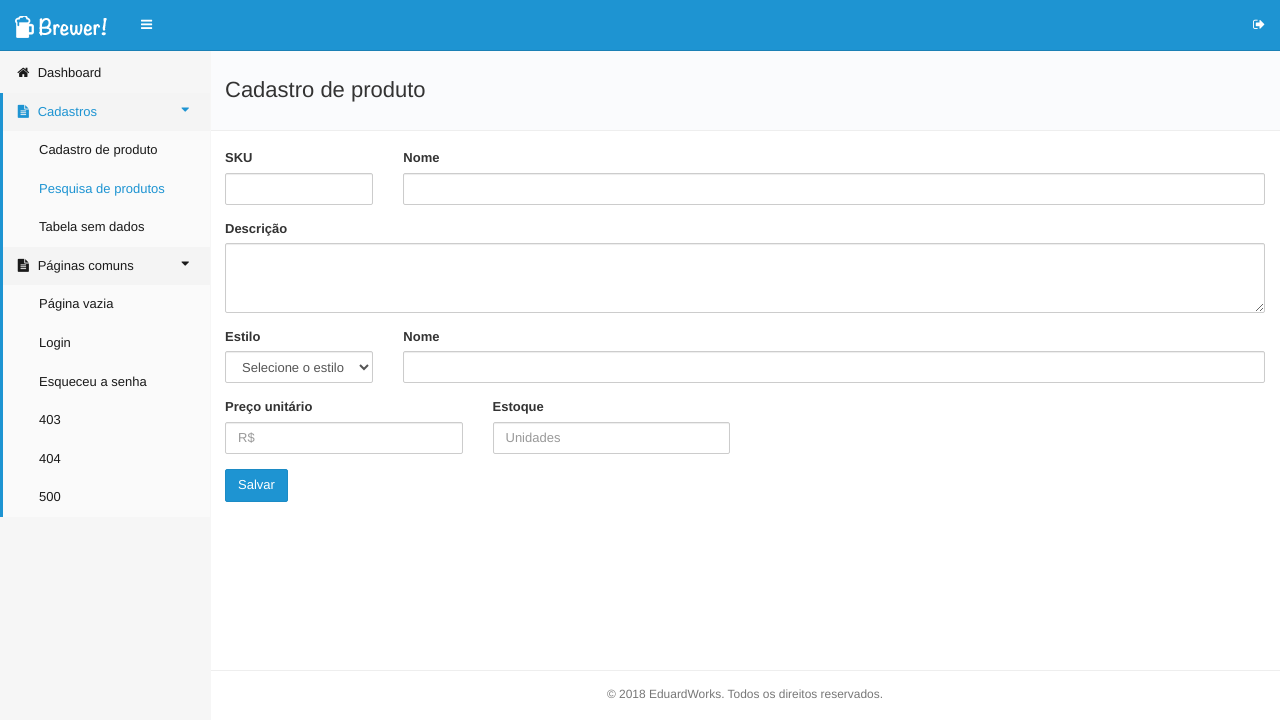
Repository: dumuller/spring-expert
Page: http://localhost/cerveja/CadastroCerveja
These files come from the project's save history. The page is drawn as it stood at one moment and after the next save; the edit follows.
The browser window is 1280 px wide. The pictures show the whole page.
The page is this project's Thymeleaf template; nobody is signed in. The template is opened directly, without the code that normally fills it, so the values that code supplies are empty.

Above is the page before, as saved 2018-12-10 16:35:39.

### brewer/src/main/resources/templates/cerveja/CadastroCerveja.html
<!DOCTYPE html>
<html lang="pt"xmlns="http://www.w3.org/1999/xhtml "
	           xmlns:th="http://www.thymeleaf.org">
<head>
	<meta charset="UTF-8"/>
	<meta http-equiv="X-UA-Compatible" content="IE=edge"/>
	<meta name="viewport" content="width=device-width, initial-scale=1"/>

	<title>Brewer</title>

	<link rel="stylesheet" type="text/css" href="/brewer/layout/stylesheets/vendors.min.css"/>
	<link rel="stylesheet" type="text/css" href="/brewer/layout/stylesheets/algaworks.min.css"/>
	<link rel="stylesheet" type="text/css" href="/brewer/layout/stylesheets/application.css"/>

	<!-- HTML5 shim and Respond.js for IE8 support of HTML5 elements and media queries -->
	<!-- WARNING: Respond.js doesn't work if you view the page via file:// -->
	<!--[if lt IE 9]>
		<script src="https://oss.maxcdn.com/html5shiv/3.7.2/html5shiv.min.js"></script>
		<script src="https://oss.maxcdn.com/respond/1.4.2/respond.min.js"></script>
	<![endif]-->
</head>
<body>

	<div class="aw-layout-page">


	<nav class="navbar  navbar-fixed-top  navbar-default  js-sticky-reference" id="main-navbar">
	  <div class="container-fluid">

	    <div class="navbar-header">
	      <a class="navbar-brand  hidden-xs" href="#">
	        <img alt="AlgaWorks" src="/brewer/images/logo.png"/>
	      </a>

	      <ul class="nav  navbar-nav">
	        <li>
	          <a href="#" class="js-sidebar-toggle"><i class="fa  fa-bars"></i></a>
	        </li>
	      </ul>
	    </div>

	    <ul class="nav navbar-nav  navbar-right">

	      <li>
	        <a href="#"><em class="fa  fa-sign-out"></em></a>
	      </li>
	    </ul>

	  </div>
	</nav>

	<aside class="aw-layout-sidebar  js-sidebar">
		<div class="aw-layout-sidebar__content">

	    	<nav class="aw-menu  js-menu">
	      		<ul class="aw-menu__list">

	        	<li class="aw-menu__item">
	         	 	<a href="dashboard.html"><i class="fa  fa-fw  fa-home"></i><span>Dashboard</span></a>
	       		</li>

	        	<li class="aw-menu__item  is-active">
	          	<a href="#">
	            	<i class="fa  fa-fw  fa-file-text"></i><span>Cadastros</span>
	            	<i class="aw-menu__navigation-icon  fa"></i>
	          	</a>

	          	<ul class="aw-menu__list  aw-menu__list--sublist">
	            	<li class="aw-menu__item  aw-menu__item--link"><a href="cadastro-produto.html">Cadastro de produto</a></li>
	            	<li class="aw-menu__item  aw-menu__item--link  is-active"><a href="pesquisa-produtos.html">Pesquisa de produtos</a></li>
	            	<li class="aw-menu__item  aw-menu__item--link"><a href="tabela-sem-dados.html">Tabela sem dados</a></li>
	          	</ul>
	        	</li>

	        	<li class="aw-menu__item  is-expanded">
	          	<a href="#">
	            	<i class="fa  fa-fw  fa-file-text"></i><span>Páginas comuns</span>
	            	<i class="aw-menu__navigation-icon  fa"></i>
	          	</a>

	          	<ul class="aw-menu__list  aw-menu__list--sublist">
	            	<li class="aw-menu__item  aw-menu__item--link"><a href="pagina-vazia.html">Página vazia</a></li>
	            	<li class="aw-menu__item  aw-menu__item--link"><a href="login.html">Login</a></li>
	            	<li class="aw-menu__item  aw-menu__item--link"><a href="esqueceu-a-senha.html">Esqueceu a senha</a></li>
	            	<li class="aw-menu__item  aw-menu__item--link"><a href="403.html">403</a></li>
	            	<li class="aw-menu__item  aw-menu__item--link"><a href="404.html">404</a></li>
	            	<li class="aw-menu__item  aw-menu__item--link"><a href="500.html">500</a></li>
	          	</ul>
	        	</li>

	      		</ul>
	    	</nav>

		</div>
	</aside>

	<section class="aw-layout-content  js-content">


		<div class="page-header">
			<div class="container-fluid">
				<h1>
					Cadastro de produto
				</h1>
			</div>
		</div>

		<div class="container-fluid">

			<!-- <div class="alert  alert-danger  alert-dismissible" role="alert">
				<button type="button" class="close" data-dismiss="alert" aria-label="Close"><span aria-hidden="true">&times;</span></button>
				<i class="fa  fa-exclamation-circle"></i> Já existe um produto com o nome informado.
			</div> -->

			<form method="POST" th:object="${cerveja}" class="form-vertical  js-form-loading">
				<div class="row">
						<div class="col-sm-2 form-group">
							<label for="sku">SKU</label>
							<input id="sku" type="text" class="form-control"/>
						</div>

						<div class="col-sm-10 form-group">
							<label for="nome">Nome</label>
							<input id="nome" type="text" class="form-control"></input>
						</div>

				</div>

				<div class="form-group">
					<label for="descricao">Descrição</label>
					<textarea id="descricao" rows="3" class="form-control"></textarea>
				</div>

				<div class="row">
						<div class="col-sm-2 form-group">
							<label for="estilo">Estilo</label>
							<select id="estilo" class="form-control">
								<option value="">Selecione o estilo</option>
								<option value="">Pale Ale</option>
								<option value="">Pilsen</option>
								<option value="">Weiss</option>
								<option value="">IPA</option>
							</select>
						</div>

						<div class="col-sm-10 form-group">
							<label for="nome">Nome</label>
							<input id="nome" type="text" class="form-control"></input>
						</div>

				</div>

				<div class="row">
					<div class="col-sm-3">
						<div class="form-group">
							<label for="input-produto-preco">Preço unitário</label>
							<input id="input-produto-preco" type="text" class="form-control" placeholder="R$"/>
						</div>
					</div>

					<div class="col-sm-3">
						<div class="form-group">
							<label for="input-produto-estoque">Estoque</label>
							<input id="input-produto-estoque" type="text" class="form-control" placeholder="Unidades"/>
						</div>
					</div>
				</div>

				<div class="form-group">
					<button class="btn  btn-primary" type="submit">Salvar</button>
				</div>

			</form>
		</div>

	</section>

	<footer class="aw-layout-footer  js-content">
		<div class="container-fluid">
			<span class="aw-footer-disclaimer">&copy; 2018 EduardWorks. Todos os direitos reservados.</span>
		</div>
	</footer>

</div>

<script src="/brewer/layout/javascripts/vendors.min.js"></script>
<script src="/brewer/layout/javascripts/algaworks.min.js"></script>

</body>
</html>

### brewer/src/main/resources/static/layout/stylesheets/application.css
.table-pesq-produto-col-preco {
  min-width: 130px;
  text-align: center;
  display: none !important;
}
@media (min-width: 992px) {
  .table-pesq-produto-col-preco {
    display: block !important;
  }
  table.table-pesq-produto-col-preco {
    display: table !important;
  }
  tr.table-pesq-produto-col-preco {
    display: table-row !important;
  }
  th.table-pesq-produto-col-preco,
  td.table-pesq-produto-col-preco {
    display: table-cell !important;
  }
}
.table-pesq-produto-col-estoque {
  min-width: 100px;
  text-align: center;
  display: none !important;
}
@media (min-width: 992px) {
  .table-pesq-produto-col-estoque {
    display: block !important;
  }
  table.table-pesq-produto-col-estoque {
    display: table !important;
  }
  tr.table-pesq-produto-col-estoque {
    display: table-row !important;
  }
  th.table-pesq-produto-col-estoque,
  td.table-pesq-produto-col-estoque {
    display: table-cell !important;
  }
}
.table-pesq-produto-col-status {
  min-width: 100px;
  text-align: center;
}
.table-pesq-produto-col-acoes {
  min-width: 105px;
  text-align: center;
}

Loaded but not shown: brewer/src/main/resources/static/layout/stylesheets/vendors.min.css (library); brewer/src/main/resources/static/layout/stylesheets/algaworks.min.css (library); brewer/src/main/resources/static/layout/javascripts/vendors.min.js (library); brewer/src/main/resources/static/layout/javascripts/algaworks.min.js (common file)

After the next save:
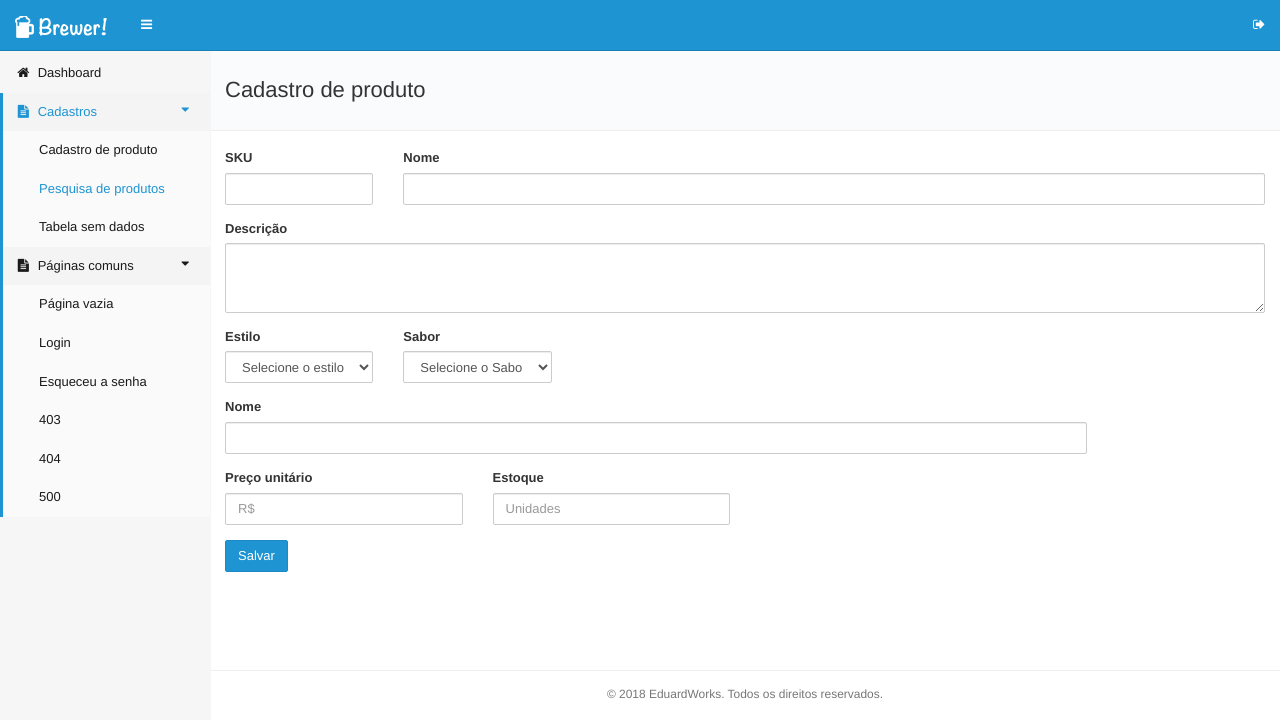
Saved 2 min 4 s later.
--- a/brewer/src/main/resources/templates/cerveja/CadastroCerveja.html
+++ b/brewer/src/main/resources/templates/cerveja/CadastroCerveja.html
@@ -143,6 +143,16 @@
 							</select>
 						</div>
 
+						<div class="col-sm-2 form-group">
+							<label for="sabor">Sabor</label>
+							<select id="sabor" class="form-control">
+								<option value="">Selecione o Sabor</option>
+								<option value="">Trigo</option>
+								<option value="">Frutada</option>
+								<option value="">Puro Malte</option>
+							</select>
+						</div>
+
 						<div class="col-sm-10 form-group">
 							<label for="nome">Nome</label>
 							<input id="nome" type="text" class="form-control"></input>
